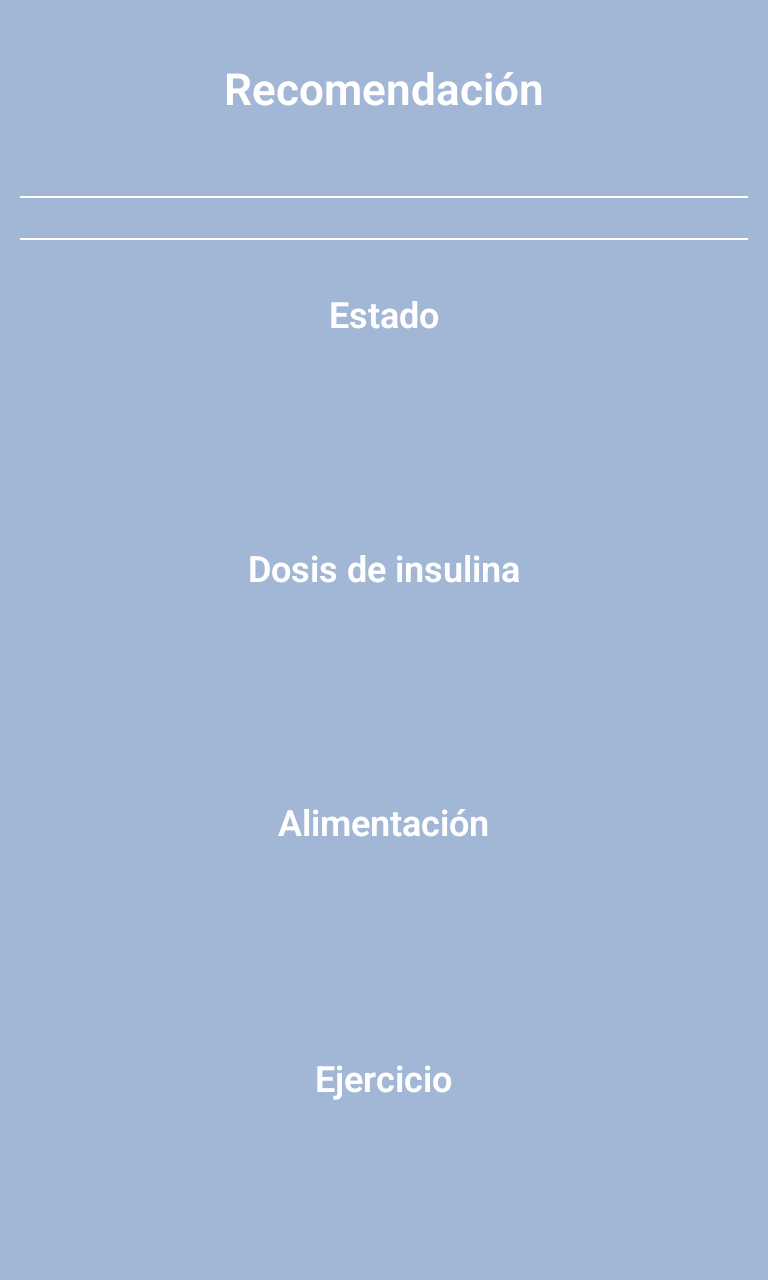
Repository: HectorGarciaMiguel/ssii-diabetes-060036
Layout: SeguimientoDiabetes/res/layout/activity_recomendacion.xml
An editor plug-in stored every save of this project. The layout is shown before and after the next save, followed by the edit.
It is drawn on a 768 x 1280 px phone screen (xhdpi) without system bars, with theme AppTheme; the app's code is not run.

Above is the layout before, as saved 2015-11-17 09:49:02.

After the next save:
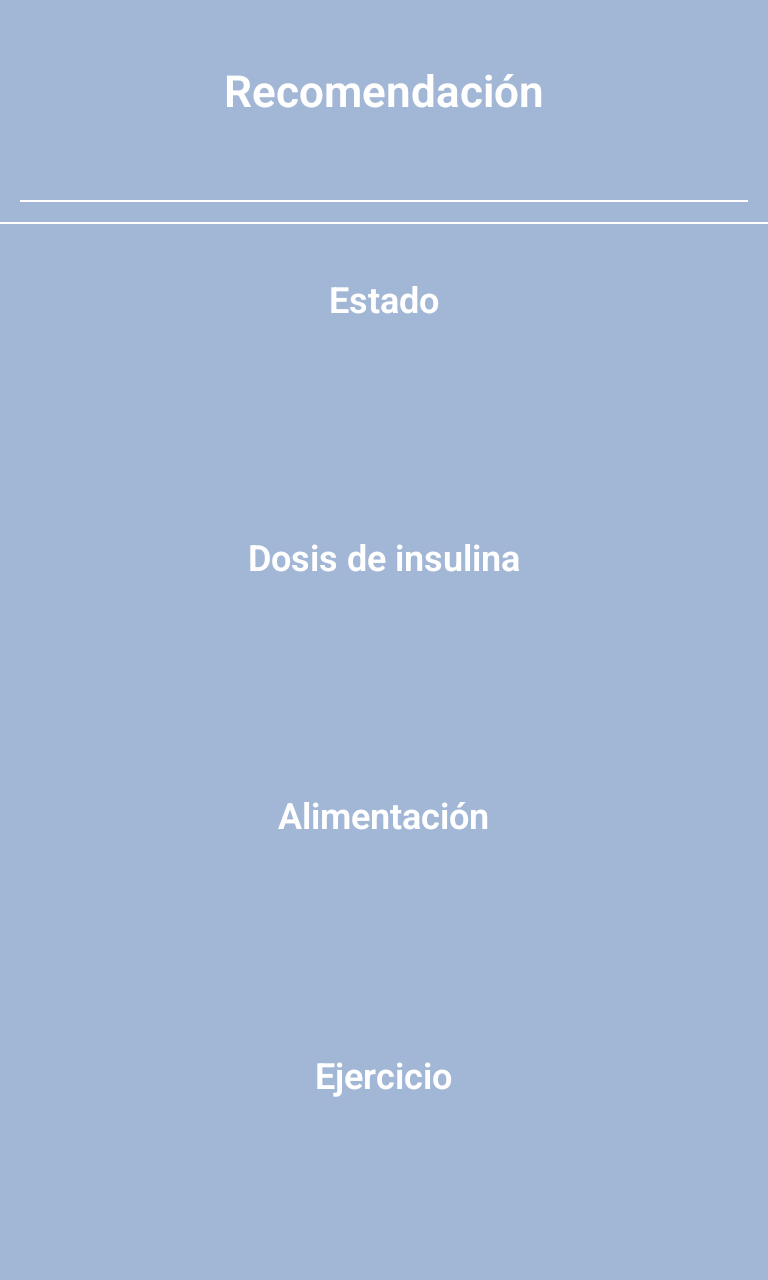
Saved 63 s later.
--- a/SeguimientoDiabetes/res/layout/activity_recomendacion.xml
+++ b/SeguimientoDiabetes/res/layout/activity_recomendacion.xml
@@ -11,8 +11,7 @@
         android:id="@+id/tableRow1"
         android:layout_width="0px"
         android:layout_height="0px"
-        android:layout_weight="2"
-        style="@drawable/sombreado">
+        android:layout_weight="2">
 
         <TextView
             android:id="@+id/textView1"
@@ -32,8 +31,7 @@
     		android:background="#FFFFFF"/>
           <View
     		android:layout_height="1dp"
-    		android:layout_margin="10dp"
-    		android:layout_marginTop="1dp"
+    		android:layout_marginBottom="10dp"
     		android:background="#FFFFFF"/>
 
 
